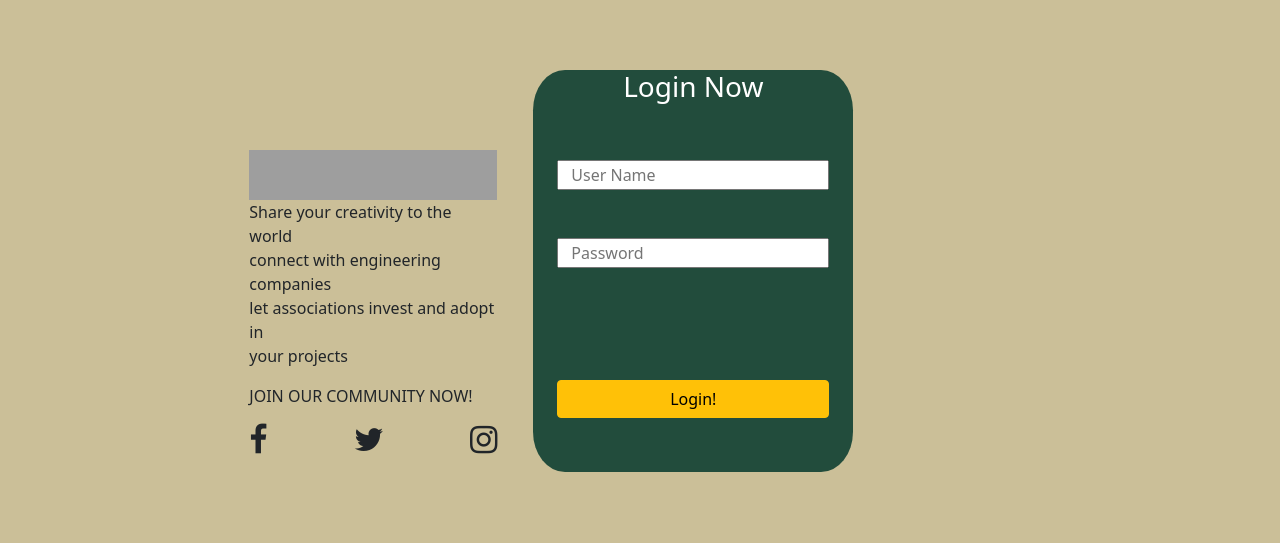
Repository: ahmadjamal-1997/Project-Taqadam
Page: http://localhost/Taqadam/WEB-INF/login.jsp
An editor plug-in stored every save of this project. The page is shown before and after the next save, followed by the edit.
The browser window is 1280 px wide. The pictures show the whole page.
Pictures or frames that could not be fetched are drawn as grey boxes. The page is served by Tomcat 9. Nobody is signed in. The template is opened directly, without the code that normally fills it, so the values that code supplies are empty.

Above is the page before, as saved 2022-03-31 10:32:45.

After the next save:
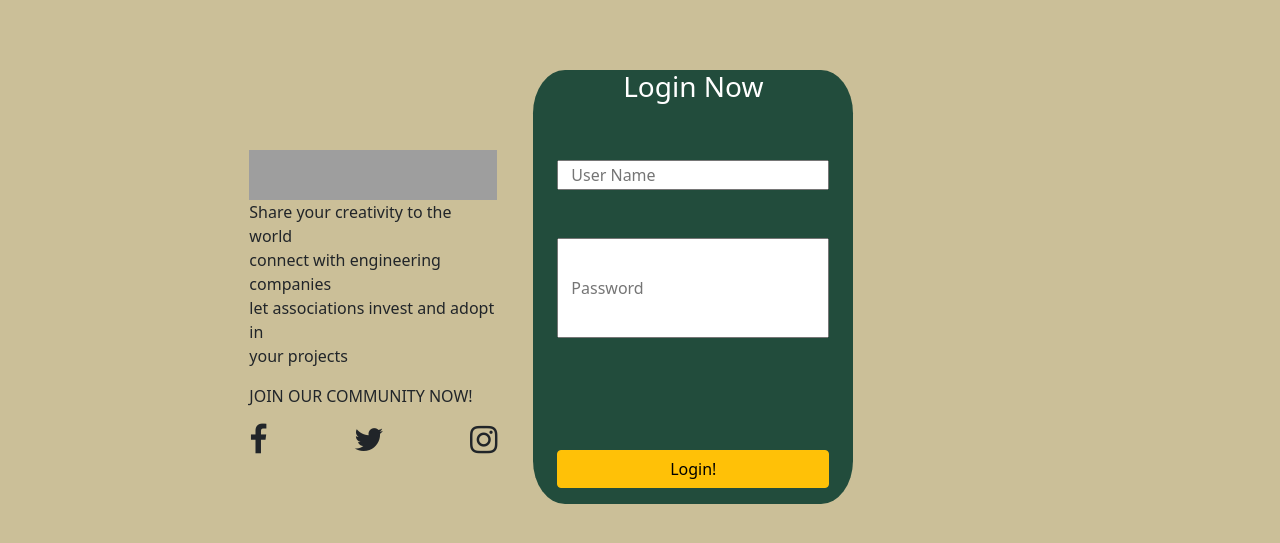
Saved 6 s later.
--- a/Taqadam-new/Taqadam-java/Taqadam-new/Taqadam/src/main/webapp/WEB-INF/login.jsp
+++ b/Taqadam-new/Taqadam-java/Taqadam-new/Taqadam/src/main/webapp/WEB-INF/login.jsp
@@ -58,7 +58,7 @@
            			 <input type="text" id="email" name="username" placeholder="User Name"/>
       			</div>
 
-            <div class="row mb-3 mt-5" style="height:30px">
+            <div class="row mb-3 mt-5" style="height:100px">
             <input type="password" id="password" name="password" placeholder="Password"/>
             </div>
             <div class="row mb-3" style="height:80px">
